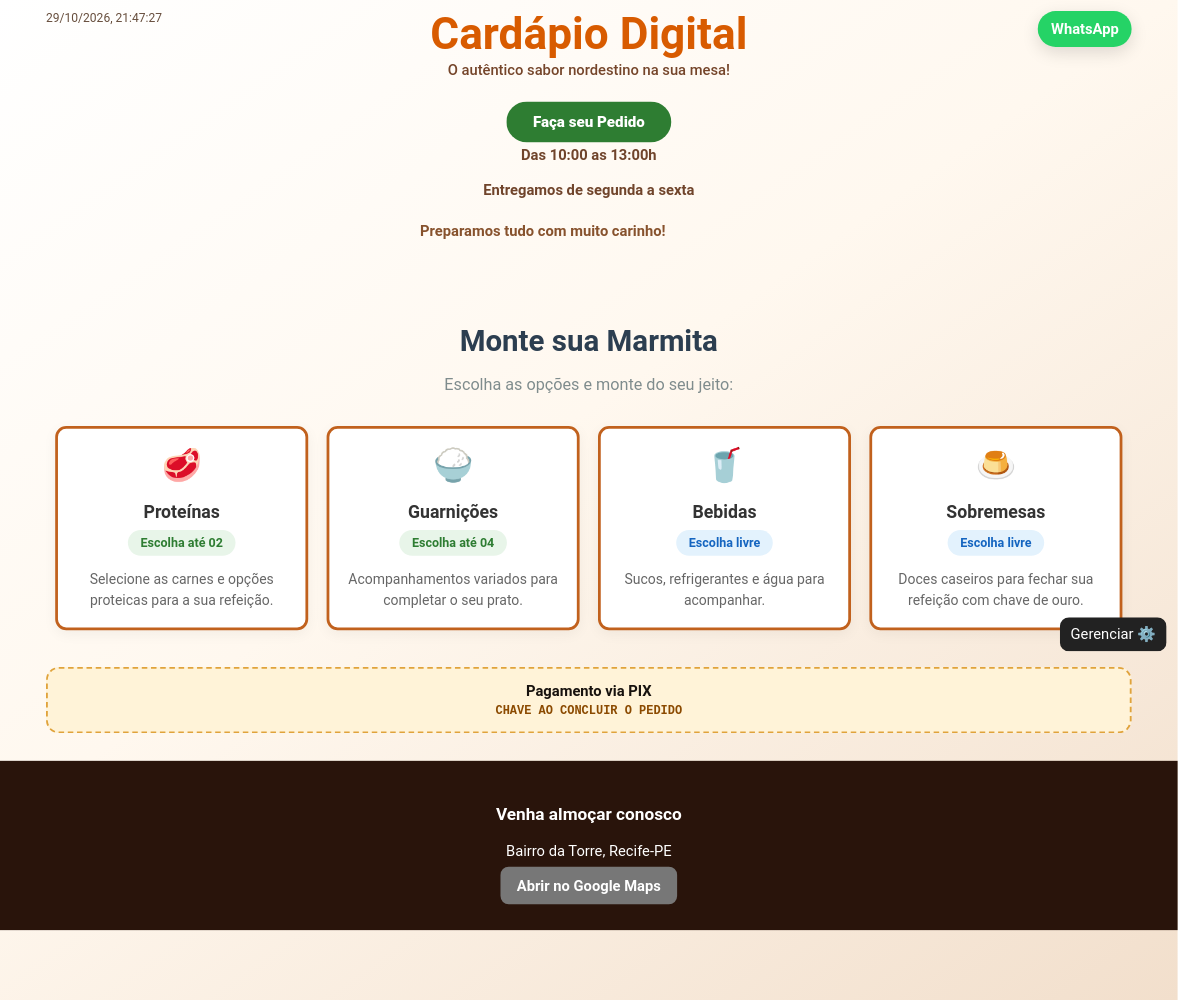
Repository: JeffRodFer/sd-copy-01-frontend
Page: index.html
These files come from the project's save history. The page is drawn as it stood at one moment and after the next save; the edit follows.
The browser window is 1280 px wide. The pictures show the whole page, at 92% of full size.
The page's requests for data from a server got no answer.

Above is the page before, as saved 2026-10-30 22:53:01.

### index.html
<!DOCTYPE html>
<html lang="pt-BR">

<head>
  <meta charset="UTF-8">
  <meta name="viewport" content="width=device-width, initial-scale=1.0">
  <title>Cardápio Digital</title>
  <link rel="stylesheet" href="style.css">
</head>

<body>


  <header class="container">

    <div class="topbar">

      <div id="datetime" class="datetime"></div>


      <div class="brand">

        <h1>
          Cardápio Digital
        </h1>

        <p>
          O autêntico sabor nordestino na sua mesa!
        </p>

      </div>


      <a id="wa-float-link" class="wa-float" href="https://wa.me/5581920036280" target="_blank" rel="noopener">
        WhatsApp
      </a>

    </div>


    <button class="cta" id="openOrder">
      Faça seu Pedido
    </button>


    <div class="notice">
      Das 10:00 as 13:00h <br><br>
      Entregamos de segunda a sexta
    </div>

  </header>


  <main class="container" id="menu"></main>


  <div class="container note">
    Preparamos tudo com muito carinho!
  </div>

  <section class="menu-categories-section">
  <h2>Monte sua Marmita</h2>
  <p class="subtitle">Escolha as opções e monte do seu jeito:</p>

  <div class="categories-grid">
    <!-- Card Proteínas -->
    <div class="category-card">
      <div class="category-icon">🥩</div>
      <h3>Proteínas</h3>
      <span class="badge-limit">Escolha até 02</span>
      <p>Selecione as carnes e opções proteicas para a sua refeição.</p>
    </div>

    <!-- Card Guarnições -->
    <div class="category-card">
      <div class="category-icon">🍚</div>
      <h3>Guarnições</h3>
      <span class="badge-limit">Escolha até 04</span>
      <p>Acompanhamentos variados para completar o seu prato.</p>
    </div>

    <!-- Card Bebidas -->
    <div class="category-card">
      <div class="category-icon">🥤</div>
      <h3>Bebidas</h3>
      <span class="badge-limit livre">Escolha livre</span>
      <p>Sucos, refrigerantes e água para acompanhar.</p>
    </div>

    <!-- Card Sobremesas -->
    <div class="category-card">
      <div class="category-icon">🍮</div>
      <h3>Sobremesas</h3>
      <span class="badge-limit livre">Escolha livre</span>
      <p>Doces caseiros para fechar sua refeição com chave de ouro.</p>
    </div>
  </div>
</section>


  <div class="container pix">

    <strong>
      Pagamento via PIX
    </strong>

    <br>


    <code>
    CHAVE AO CONCLUIR O PEDIDO
  </code>

  </div>


  <footer class="footer">

    <div class="container">

      <h3>
        Venha almoçar conosco
      </h3>

      <div>
        Bairro da Torre, Recife-PE
      </div>


      <a class="maps" href="https://maps.google.com/?q=Rua+Vermelha+02+Torre" target="_blank" rel="noopener">
        Abrir no Google Maps
      </a>


    </div>

  </footer>


  <button class="manage" id="openAdmin">
    Gerenciar ⚙️
  </button>
  <br>
  <br>
  <br>
  <br>

  <!-- =====================================================
     MODAL DO PEDIDO
     ===================================================== -->

  <div class="overlay hidden" id="orderOverlay">

    <div class="modal">


      <!-- PASSO 1 -->

      <div id="orderStep1" class="step active">

        <h2>
          Faça seu Pedido
        </h2>


        <div id="orderError1" class="error hidden"></div>


        <div class="form-grid">


          <div class="field">

            <label>
              Nome Completo
            </label>

            <input id="customerName" autocomplete="name">

          </div>


          <div class="field">

            <label>
              Telefone
            </label>

            <input id="customerPhone" inputmode="tel" autocomplete="tel" maxlength="15" placeholder="(81) 99999-8888">

          </div>


          <div class="field full">

            <label>
              Endereço de Entrega
            </label>

            <input id="customerAddress" autocomplete="street-address">

          </div>


          <div class="field">

            <label>
              Quantidade de Marmitas
            </label>

            <input id="mealCount" type="number" min="1" max="20" value="1">

          </div>


        </div>


        <div class="delivery">

          <label>

            <input type="radio" name="delivery" value="true" checked>

            Entrega em casa - R$ 5,00

          </label>


          <label>

            <input type="radio" name="delivery" value="false">

            Retirar no Restaurante - R$ 0,00

          </label>

        </div>


        <div class="actions">

          <button class="btn gray" id="closeOrder1">
            Cancelar
          </button>


          <button class="btn green" id="toStep2">
            Continuar
          </button>

        </div>

      </div>


      <!-- PASSO 2 -->

      <div id="orderStep2" class="step">

        <h2>
          Monte suas Marmitas
        </h2>


        <div id="orderError2" class="error hidden"></div>


        <div id="marmitas"></div>


        <div class="actions">

          <button type="button" class="btn gray" id="backStep1">
            Voltar
          </button>


          <button type="button" class="btn green" id="toStep3" onclick="clicarEncerrarPedido(event)">
            Encerrar e seguir
          </button>

        </div>

      </div>


      <!-- PASSO 3 -->
      <div id="orderStep3" class="step">

        <h2>Resumo do Pedido</h2>

        <div id="orderSummary" class="order-text"></div>

        <div id="finalTotal" class="total"></div>

        <div class="actions">
          <button class="btn red" id="cancelFinal">
            Voltar
          </button>

          <button class="btn green" id="sendRestaurant">
            Enviar Pedido ao Restaurante
          </button>
        </div>

      </div>

    </div>

  </div>


  <!-- =====================================================
     MODAL ADMINISTRATIVO
     ===================================================== -->

  <div class="overlay hidden" id="adminOverlay">

    <div class="admin-modal">

      <h2>
        Gerenciar Cardápio
      </h2>


      <div id="adminError" class="error hidden"></div>


      <!-- LOGIN -->

      <div id="adminLogin">

        <div class="field">

          <label>
            Usuário
          </label>

          <input id="adminUser" autocomplete="username" value="admin">

        </div>


        <div class="field" style="margin-top:10px">

          <label>
            Senha
          </label>

          <input id="adminPassword" type="password" autocomplete="current-password">

        </div>


        <div class="actions">

          <button class="btn gray" id="closeAdminLogin">
            Fechar
          </button>


          <button class="btn green" id="adminLoginBtn">
            Entrar
          </button>

        </div>

      </div>


      <!-- PAINEL -->

      <div id="adminPanel" class="hidden">

        <div id="adminItems" class="admin-grid"></div>


        <div class="actions">

          <button class="btn gray" id="adminClose">
            Fechar
          </button>


          <button class="btn green" id="adminSave">
            Salvar alterações
          </button>

        </div>

      </div>

    </div>

  </div>


  <script src="script.js"></script>
</body>

</html>

### style.css
:root {
      --orange: #f57c00;
      --brown: #6d3414;
      --green: #2e7d32;
      --red: #d32f2f;
      --blue: #1976d2;
      --purple: #7b1fa2;
      --cream: #fffaf5;
      --line: #eadfd6;
      --muted: #666;
    }

    * {
      box-sizing: border-box;
    }

    html {
      scroll-behavior: smooth;
    }

    body {
      margin: 0;
      background:
        linear-gradient(145deg,
          #fff 0%,
          #fff8ef 45%,
          #f2dfcc 100%);
      color: #17120e;
      font-family: Roboto, Arial, sans-serif;
      min-height: 100vh;
    }

    button,
    input,
    textarea {
      font: inherit;
    }

    button {
      cursor: pointer;
      border: 0;
    }

    .container {
      width: min(1180px, 94%);
      margin: auto;
    }


    /* HEADER */

    .topbar {
      display: grid;
      grid-template-columns: 1fr auto 1fr;
      align-items: start;
      padding: 12px 0;
      gap: 10px;
    }

    .datetime {
      font-size: .82rem;
      color: #674e3d;
    }

    .brand {
      text-align: center;
    }

    .brand h1 {
      margin: 0;
      color: #d85b00;
      font-size: clamp(1.8rem, 5vw, 3rem);
      line-height: 1.05;
    }

    .brand p {
      margin: 5px 0;
      color: #75452a;
      font-weight: 500;
    }

    .wa-float {
      justify-self: end;
      background: #25d366;
      color: #fff;
      padding: 10px 14px;
      border-radius: 999px;
      text-decoration: none;
      font-weight: 700;
      box-shadow: 0 6px 18px #0002;
    }

    .cta {
      display: block;
      margin: 8px auto 5px;
      background: var(--green);
      color: #fff;
      border-radius: 999px;
      padding: 12px 28px;
      font-weight: 800;
      font-size: 1rem;
      animation: pulse 2s infinite;
    }

    .notice {
      text-align: center;
      color: #70442b;
      font-weight: 700;
      margin-bottom: 18px;
    }

    @keyframes pulse {

      0%,
      100% {
        transform: scale(1);
      }

      50% {
        transform: scale(1.03);
      }
    }


    /* CARDÁPIO */

    .section {
      margin: 20px 0;
    }

    .section h2 {
      margin: 0 0 12px;
      color: var(--brown);
    }

    .grid {
      display: grid;
      grid-template-columns:
        repeat(auto-fit,
          minmax(180px, 1fr));
      gap: 10px;
    }

    .card {
      background: #fff;
      border: 1px solid var(--line);
      border-radius: 14px;
      padding: 14px;
      box-shadow:
        0 3px 12px #5a2a0d12;
    }

    .card strong {
      display: block;
    }

    .unavailable {
      opacity: .52;
    }

    .badge {
      display: inline-block;
      margin-top: 7px;
      font-size: .78rem;
      background: #eee;
      padding: 4px 8px;
      border-radius: 999px;
    }

    .accent-guarnicoes {
      border-top: 5px solid #8b5a2b;
    }

    .accent-proteinas {
      border-top: 5px solid #d32f2f;
    }

    .accent-bebidas {
      border-top: 5px solid #1976d2;
    }

    .accent-sobremesas {
      border-top: 5px solid #7b1fa2;
    }

    .note {
      text-align: center;
      font-weight: 700;
      color: #87522d;
      margin: 25px 0;
    }

    .pix {
      background: #fff3d8;
      border: 2px dashed #e0a33b;
      border-radius: 14px;
      padding: 15px;
      text-align: center;
    }

    .pix code {
      font-weight: 800;
      color: #8b4a00;
      word-break: break-all;
    }


    /* FOOTER */

    .footer {
      margin-top: 30px;
      background: #29140b;
      color: #fff;
      padding: 28px 0;
      text-align: center;
    }

    .maps {
      display: inline-block;
      background: #777;
      color: #fff;
      padding: 11px 18px;
      border-radius: 9px;
      text-decoration: none;
      font-weight: 700;
      margin-top: 8px;
    }

    .manage {
      position: fixed;
      right: 12px;
      bottom: 12px;
      background: #222;
      color: #fff;
      padding: 9px 12px;
      border-radius: 10px;
      z-index: 20;
    }


    /* MODAIS */

    .overlay {
      position: fixed;
      inset: 0;
      background: #0009;
      display: flex;
      align-items: center;
      justify-content: center;
      padding: 12px;
      z-index: 100;
    }

    .hidden {
      display: none !important;
    }

    .modal {
      background: #fff;
      width: min(1050px, 100%);
      max-height: 94vh;
      overflow: auto;
      border-radius: 18px;
      box-shadow: 0 20px 70px #0007;
      padding: 22px;
    }

    .modal h2 {
      color: var(--brown);
      margin: 0 0 18px;
    }

    .step {
      display: none;
    }

    /* =====================================================
ESTILOS DA SEÇÃO DE CATEGORIAS (PÁGINA PRINCIPAL)
===================================================== */
.menu-categories-section {
  padding: 40px 20px;
  text-align: center;
  max-width: 1200px;
  margin: 0 auto;
}

.menu-categories-section h2 {
  font-size: 2rem;
  color: #2c3e50;
  margin-bottom: 8px;
  font-weight: 700;
}

.menu-categories-section .subtitle {
  color: #7f8c8d;
  margin-bottom: 35px;
  font-size: 1.1rem;
}

.categories-grid {
  display: grid;
  grid-template-columns: repeat(auto-fit, minmax(250px, 1fr));
  gap: 20px;
  justify-content: center;
}

.category-card {
  background: #ffffff;
  border-radius: 12px;
  padding: 18px 15px;
  box-shadow: 0 4px 15px rgba(0, 0, 0, 0.05);
  transition: transform 0.3s ease, box-shadow 0.3s ease;
  border: 3px solid #c1611d;
  text-align: center;
}

.category-card:hover {
  transform: translateY(-5px);
  box-shadow: 0 8px 25px rgba(233, 83, 46, 0.1);
  border-color: 2px #d85b00;
}

.category-icon {
  font-size: 2.2rem;
  margin-bottom: 8px;
}

.category-card h3 {
  font-size: 1.2rem;
  color: #333333;
  margin-bottom: 8px;
}

.badge-limit {
  display: inline-block;
  background-color: #e8f5e9;
  color: #2e7d32;
  font-weight: 600;
  font-size: 0.85rem;
  padding: 6px 14px;
  border-radius: 20px;
  margin-bottom: 15px;
}

.badge-limit.livre {
  background-color: #e3f2fd;
  color: #1565c0;
}

.category-card p {
  color: #666666;
  font-size: 0.95rem;
  line-height: 1.5;
  margin: 0;
  border-radius: 2px #8b4a00;
}

    .step.active {
      display: block;
    }


    /* FORMULÁRIO */

    .form-grid {
      display: grid;
      grid-template-columns: 1fr;
      gap: 12px;
    }

    .field label {
      display: block;
      font-weight: 700;
      margin-bottom: 5px;
    }

    .field input,
    .field textarea,
    .field select {
      width: 100%;
      padding: 11px;
      border: 1px solid #cfcfcf;
      border-radius: 10px;
      background: #fff;
    }

    .field textarea {
      min-height: 75px;
      resize: vertical;
    }

    .delivery {
      display: grid;
      gap: 9px;
      margin: 12px 0;
    }

    .delivery label {
      border: 1px solid #ddd;
      border-radius: 10px;
      padding: 12px;
    }


    /* MARMITAS */

    .marmita {
      border: 1px solid #ddd;
      border-radius: 15px;
      padding: 14px;
      margin: 14px 0;
      background: #fff;
    }

    .marmita h3 {
      margin: 0 0 12px;
      color: #7b401f;
    }

    .choice-group {
      margin: 13px 0;
    }

    .choice-group h4 {
      margin: 0 0 8px;
    }

    .choices {
      display: grid;
      grid-template-columns:
        repeat(auto-fit,
          minmax(190px, 1fr));
      gap: 8px;
    }

    .check {
      border: 1px solid #ddd;
      border-radius: 10px;
      padding: 9px;
      background: #fafafa;
    }

    .check input {
      margin-right: 6px;
    }

    .limit {
      font-size: .8rem;
      color: var(--muted);
      margin: 5px 0;
    }


    /*
  IMPORTANTE:
  A linha de quantidade agora é uma GRID
  com nome + preço + menos + quantidade + mais.
  Assim o + nunca cai para a linha de baixo.
*/

    .qty-list {
      display: grid;
      gap: 7px;
    }

    .qty-row {
      display: grid;

      grid-template-columns:
        minmax(0, 1fr) auto auto auto auto;

      align-items: center;

      gap: 8px;

      border: 1px solid #eee;
      border-radius: 11px;
      padding: 8px;

      background: #faf8f6;
    }

    .qty-name {
      min-width: 0;
      font-weight: 700;
      overflow-wrap: anywhere;
    }

    .qty-price {
      font-size: .9rem;
      color: #555;
      white-space: nowrap;
    }

    .qty-btn {
      width: 36px;
      height: 36px;
      border-radius: 9px;
      background: #eee;
      font-weight: 900;
      font-size: 1.1rem;
    }

    .qty-value {
      min-width: 22px;
      text-align: center;
      font-weight: 800;
    }


    /* BOTÕES */

    .actions {
      display: flex;
      gap: 10px;
      justify-content: flex-end;
      flex-wrap: wrap;
      margin-top: 18px;
    }

    .btn {
      padding: 12px 18px;
      border-radius: 10px;
      font-weight: 800;
    }

    .btn.green {
      background: #2e7d32;
      color: #fff;
    }

    .btn.red {
      background: #e57373;
      color: #fff;
    }

    .btn.gray {
      background: #eee;
    }

    .total {
      font-size: 1.2rem;
      text-align: right;
      color: #18752b;
      font-weight: 900;
      margin-top: 14px;
    }

    .error {
      background: #ffe5e5;
      color: #9b1c1c;
      padding: 10px;
      border-radius: 9px;
      margin: 10px 0;
    }

    .order-text {
      background: #f5f5f5;
      padding: 14px;
      border-radius: 12px;
      white-space: pre-wrap;
      font-family: monospace;
      line-height: 1.45;
    }


    /* ADMIN */

    .admin-modal {
      background: #f5f5f5;
      width: min(1100px, 100%);
      max-height: 92vh;
      overflow: auto;
      border-radius: 18px;
      padding: 20px;
    }

    .admin-grid {
      display: grid;
      grid-template-columns: 1fr;
      gap: 16px;
    }

    .admin-section {
      background: #fff;
      padding: 14px;
      border-radius: 14px;
    }

    .admin-item {
      display: flex;
      align-items: center;
      justify-content: space-between;
      gap: 10px;
      padding: 9px 0;
      border-bottom: 1px solid #eee;
    }

    .admin-item:last-child {
      border-bottom: 0;
    }

    .switch {
      position: relative;
      width: 50px;
      height: 28px;
      flex: 0 0 auto;
    }

    .switch input {
      display: none;
    }

    .slider {
      position: absolute;
      inset: 0;
      background: #bbb;
      border-radius: 30px;
    }

    .slider:before {
      content: "";
      position: absolute;
      width: 22px;
      height: 22px;
      left: 3px;
      top: 3px;
      background: #fff;
      border-radius: 50%;
      transition: .2s;
    }

    .switch input:checked+.slider {
      background: #2e7d32;
    }

    .switch input:checked+.slider:before {
      transform: translateX(22px);
    }


    /* RESPONSIVO */

    @media(min-width:700px) {

      .form-grid {
        grid-template-columns:
          1fr 1fr;
      }

      .form-grid .full {
        grid-column: 1/-1;
      }

      .admin-grid {
        grid-template-columns:
          1fr 1fr;
      }

    }


    @media(max-width:600px) {

      .topbar {
        grid-template-columns:
          1fr auto;
      }

      .brand {
        grid-column: 1/-1;
        grid-row: 1;
      }

      .datetime {
        grid-column: 1;
      }

      .wa-float {
        grid-column: 2;
      }

      /*
    Mantém TODOS os controles da bebida
    na mesma linha.
  */

      .qty-row {
        grid-template-columns:
          minmax(0, 1fr) auto auto auto auto;
      }

      .qty-price {
        font-size: .8rem;
      }

      .modal {
        padding: 15px;
      }

      .actions .btn {
        flex: 1 1 100%;
      }

    }

Loaded but not shown: script.js (1589 lines, source omitted)

After the next save:
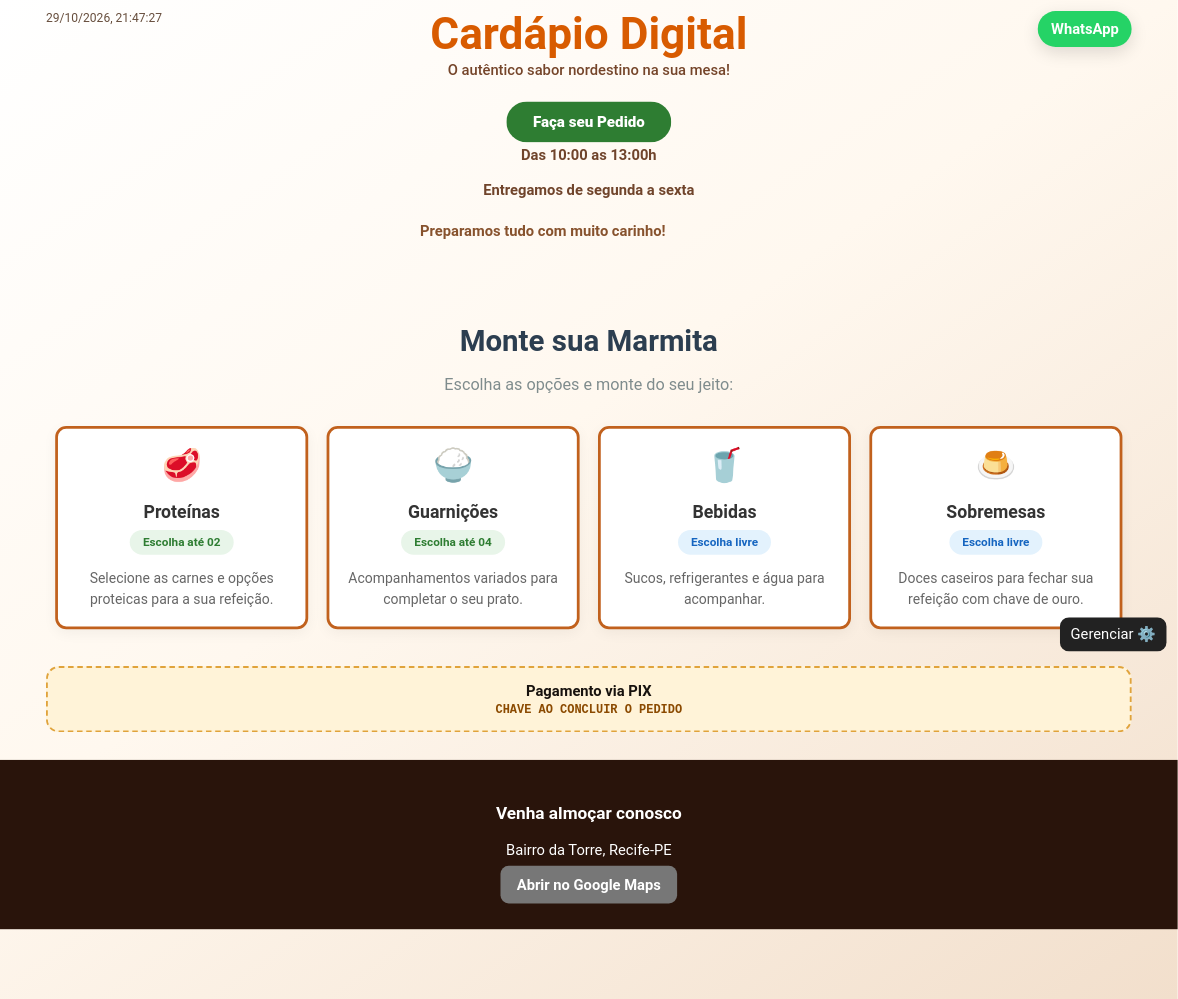
Saved 14 s later.
--- a/style.css
+++ b/style.css
@@ -336,7 +336,7 @@ ESTILOS DA SEÇÃO DE CATEGORIAS (PÁGINA PRINCIPAL)
   background-color: #e8f5e9;
   color: #2e7d32;
   font-weight: 600;
-  font-size: 0.85rem;
+  font-size: 0.8rem;
   padding: 6px 14px;
   border-radius: 20px;
   margin-bottom: 15px;
